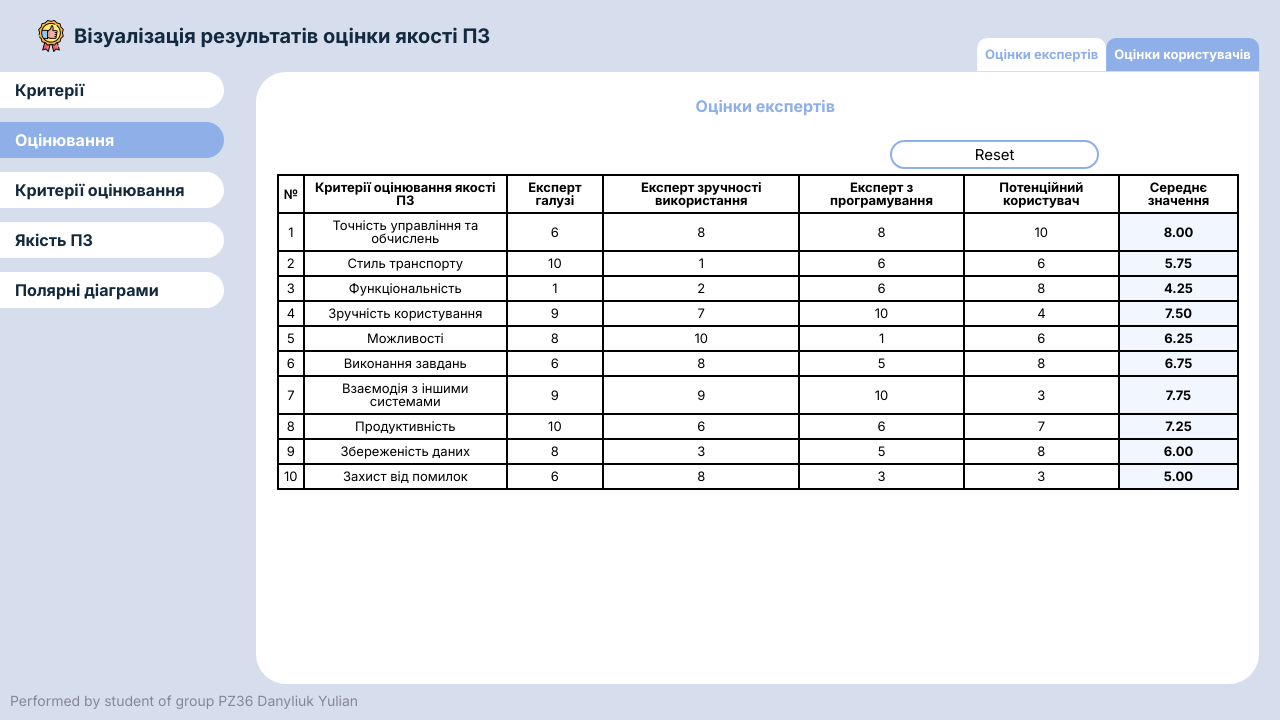
Repository: Akmitliviy/SA
Page: Lab06/lab6/Evaluation.html
These files come from the project's save history. The page is drawn as it stood at one moment and after the next save; the edit follows.
The browser window is 1280 px wide. The pictures show the whole page.

Above is the page before, as saved 2023-12-06 23:58:28.

### Lab06/lab6/Evaluation.html
<!DOCTYPE html>
<html lang="en">

<head>

    <meta charset="utf-8">
    <meta http-equiv="X-UA-Compatible" content="IE=edge">
    <meta name="viewport" content="width=device-width, initial-scale=1, shrink-to-fit=no">
    <meta name="description" content="">
    <meta name="author" content="">

    <title>Results visualization</title>
    <script src="https://cdnjs.cloudflare.com/ajax/libs/mathjs/11.3.0/math.min.js"></script>
    <link rel="shortcut icon" type="image/png" href="img/icon.png">

    <!-- Custom fonts for this template-->
    <link href="vendor/fontawesome-free/css/all.min.css" rel="stylesheet" type="text/css">
    <link
        href="https://fonts.googleapis.com/css?family=Nunito:200,200i,300,300i,400,400i,600,600i,700,700i,800,800i,900,900i"
        rel="stylesheet">

    <!-- Custom styles for this template-->
    <link rel="stylesheet" href="https://fonts.googleapis.com/css2?family=Inter:wght@400;700&display=swap">
    <link href="css/sb-admin-2.css" rel="stylesheet">
    <link href="css/ResultsVisualization.css" rel="stylesheet">
</head>

<body id="page-top">

    <!-- Topbar -->
    <nav class="navbar">
        <!-- Sidebar Toggler (Sidebar) -->
        <div class="d-flex align-items-center justify-content-left">
            <img class="pl-4" src="img/icon.png" alt="icon">
            <span class="ml-2">Візуалізація результатів оцінки якості ПЗ</span>
        </div>
        <!-- Topbar Navbar -->
        <ul class="navbar-nav ml-auto">

        </ul>
    </nav>
    <div class="tabs">
        <button class="tablink" onclick="openPage('expert-evaluation-content', this)" id="defaultOpen">Оцінки експертів</button>
        <button class="tablink" onclick="openPage('user-evaluation-content', this)" title="Оцінки потенційних користувачів">Оцінки користувачів</button>
    </div>
    <!-- Page Wrapper -->
    <div id="wrapper">

        <!-- Sidebar -->
        <ul class="navbar-nav  sidebar  accordion" id="accordionSidebar">

            <li class="nav-item">
                <a class="nav-link pb-2"  href="Criteria.html">
                    <div class="d-flex align-items-center justify-content-left">
                        <span>Критерії</span>
                    </div>
                </a>
            </li>

            <li class="nav-item">
                <a class="nav-link pt-2 pb-2">
                    <div class="d-flex align-items-center justify-content-left" style="background-color: #8EAFE8; color: white;">
                        <span>Оцінювання</span>
                    </div>
                </a>
            </li>

            <li class="nav-item">
                <a class="nav-link pt-2 pb-2" href="EvaluationCriteria.html">
                    <div class="d-flex align-items-center justify-content-left">
                        <span>Критерії оцінювання</span>
                    </div>
                </a>
            </li>

            <li class="nav-item">
                <a class="nav-link pt-2 pb-2" href="SoftwareQuality.html">
                    <div class="d-flex align-items-center justify-content-left">
                        <span>Якість ПЗ</span>
                    </div>
                </a>
            </li>

            <li class="nav-item">
                <a class="nav-link pt-2 pb-2" href="PolarDiagrams.html">
                    <div class="d-flex align-items-center justify-content-left">
                        <span>Полярні діаграми</span>
                    </div>
                </a>
            </li>

        </ul>
        <!-- End of Sidebar -->

        <!-- Content Wrapper -->
        <div id="content-wrapper" class="d-flex flex-column">
            <!-- Main Content -->
            <div id="content">
                <div id="expert-evaluation-content" class="tabcontent" style="border-top-left-radius: 30px; border-bottom-left-radius: 30px; border-bottom-right-radius: 30px;">
                    <div  style="width: 100%;">
                        <p class="mt-4 mb-4 ml-4">Оцінки експертів</p>
                        <div class="d-flex justify-content-end" style="margin-right: 10px;">
                            <button class="select-all" onclick="reset(this)" data-table="0" data-key="table2Key" data-i1="1" data-i2="11" data-j1="2" data-j2="7">Reset</button>
                        </div>
                        <div class="ml-4 table-2"></div>
                    </div>
                </div>
                <div id="user-evaluation-content" class="tabcontent" style="border-top-left-radius: 30px; border-bottom-left-radius: 30px; border-bottom-right-radius: 30px;">
                    <div  style="width: 100%;">
                        <p class="mt-4 mb-4 ml-4">Оцінки потенційних користувачів</p>
                        <div class="d-flex justify-content-end" style="margin-right: 10px;">
                            <button class="select-all" onclick="reset(this)" data-table="1" data-key="table3Key" data-i1="1" data-i2="11" data-j1="2" data-j2="23">Reset</button>
                        </div>
                        <div class="ml-4 table-3 mr-4"></div>
                    </div>
                </div>

                <!-- Page Heading -->
            </div>
            <!-- End of Main Content -->
        </div>
        <!-- End of Content Wrapper -->
    </div>
    <!-- End of Page Wrapper -->

    <!-- Footer -->
    <footer class="footer">

            <div class="copyright text-left my-auto">
                <span>Performed by student of group PZ36 Danyliuk Yulian</span>
            </div>

    </footer>
    <!-- End of Footer -->

    <!-- Bootstrap core JavaScript-->
    <script src="vendor/jquery/jquery.min.js"></script>
    <script src="vendor/bootstrap/js/bootstrap.bundle.min.js"></script>

    <!-- Core plugin JavaScript-->
    <script src="vendor/jquery-easing/jquery.easing.min.js"></script>

    <!-- Custom scripts for all pages-->
    <script src="js/sb-admin-2.js"></script>
    <script src="js/tabs.js"></script>
    <script src="js/functions.js"></script>
    <script src="js/createTable2.js"></script>
    <script src="js/createTable3.js"></script>
</body>

</html>

### Lab06/lab6/css/ResultsVisualization.css
  /*Обнулення*/
  *{
      padding: 0;
      margin: 0;
      border: 0;
    }
    *,*:before,*:after{
      -moz-box-sizing: border-box;
      -webkit-box-sizing: border-box;
      box-sizing: border-box;
    }
    :focus,:active{outline: none;}
    a:focus,a:active{outline: none;}
    nav,footer,header,aside{display: block;}
    html,body{
      height: 100%;
      width: 100%;
      font-size: 100%;
      line-height: 1;
      font-size: 14px;
      -ms-text-size-adjust: 100%;
      -moz-text-size-adjust: 100%;
      -webkit-text-size-adjust: 100%;
    }
    input,button,textarea{font-family:inherit;}
    input::-ms-clear{display: none;}
    button{cursor: pointer;}
    button::-moz-focus-inner {padding:0;border:0;}
    a, a:visited{text-decoration: none;}
    a:hover{text-decoration: none;}
    ul li{list-style: none;}
    img{vertical-align: top;}
    h1,h2,h3,h4,h5,h6{font-size:inherit;font-weight: 400;}

  body {
      background-color: #D6DEEE;
      overflow: hidden; /* Заборона прокрутки на рівні тіла сторінки */
      height: 100%;
      margin: 0;
      font-family: 'Inter', sans-serif;
  }

  .navbar{
    height: 10%;
  }

  .nav-item img {
      width: 25%;
  }

  #wrapper {
      height: 85%; /* 100% висота відносно видимого вікна */
      overflow: hidden; /* Заборона прокрутки в обгортці */
  }

  #content-wrapper {
      /*height: calc(100vh - 56px); /* 56px - висота вашого навбару */
      overflow: hidden;
      display: flex;
      flex-direction: column;
      position: relative; /* Зробимо wrapper відносної позиції */
  }

  #content {
      flex-grow: 1;
      overflow-y: auto;
      overflow: hidden;
  }

  .footer {
      height: 5%;
      background-color: transparent; /* Колір фону вашого футера */
      padding: 10px;
      text-align: center;
      margin-top: auto; /* Розміщення футера внизу контейнера */
  }

  .nav-item span {
    font-family: 'Inter', sans-serif;
    font-weight: bold;
    font-size: 40px;
    margin-left: 5px;
  }

  .nav-item div {
    color: #13293D;
    text-decoration: none;
    background-color: white;
    border-top-right-radius: 30px;
    border-bottom-right-radius: 30px;
    padding: 10px;
  }

  .nav-item img {
    width: 20%;
    margin-right: 10px;
    height: 30px;
    width: 30px;
  }

  .navbar span {
    font-family: 'Inter', sans-serif;
    font-weight: bold;
    font-size: 20px;
    margin-left: 5px;
    color:#13293D;
  }

  .tabs {
    position: absolute;
    top: 0;
    left: 98.35%;
    transform: translateX(-100%);
    z-index: 2;
    background-color: #D6DEEE;
    display: flex;
    flex-direction: row;
    padding-top: 38px;
    width: max-content; /* Змінено на max-content */
  }


.sidebar-toggled .tabs {
      left: 98% !important;
}


  .tablink {
    background-color: #8EAFE8;
    color: white;
    border: none;
    outline: none;
    cursor: pointer;
    padding: 10px 8px;
    font-size: 13px;
    font-weight: 600;
    box-sizing: border-box;
    text-align: center;
    border-top-left-radius: 10px;
    border-top-right-radius: 10px;
  }

  .tablink:hover {
    background-color: #1298AC;
  }


#defaultOpen {
  background-color: white;
  color: #8EAFE8;
}

.tabcontent {
  display: flex;
  flex-direction: row;
  align-items: stretch;
  margin-right: 5%;
  margin-left: 3%;
}

#criteria-content,
#field-diagram-content,
#usability-diagram-content,
#programming-diagram-content,
#users-diagram-content,
#aggregated-diagram-content,
#generalized-diagram-content,
#expert-evaluation-content,
#user-evaluation-content,
#expert-type-content,
#calculation-results-content{
    background-color: white;
    height: 100%;
    width: 95%;
    overflow: hidden;
  }

p{
  color: #8EAFE8;
  font-size: 16px;
  font-weight: bold;
  padding: 5px 5px 5px 0px;
  text-align: center;
}

.table-container {
  max-height: 100px; /* Set a max height for the container */
  overflow-y: auto; /* Enable vertical scrolling */
  margin-bottom: 15px;
}

table, th, td {
  border: 2px solid black;
  font-family: 'Inter', sans-serif;
  font-size: 13px;
  color: black;
  padding: 5px;
  text-align: center;
}

.select-all{
  font-family: 'Inter', sans-serif;
  font-size: 15px;
  border-radius: 20px;
  border: solid #8EAFE8 2px;
  background-color: white;
  width: 21%;
  margin-left: auto;
  margin-bottom: 5px;
  margin-right: 150px;
  padding: 5px;
}


/* Зелений колір для низького пріоритету */
.low-priority {
  background-color: #CCFFE5; /* Зелений колір */
}

/* Жовтий колір для середнього пріоритету */
.medium-priority {
  background-color: #FFFFCC; /* Жовтий колір */
}

/* Червоний колір для високого пріоритету */
.high-priority {
  background-color: #FFCCCC; /* Червоний колір */
}

input {
  background-color: transparent;
}

.invalid-input {
  background-color: #ffe6e6; /* Фон червоного кольору */
  color: red; /* Колір тексту червоний */
}

.table-2,
.table-3 {
  width: 100%; /* або будь-яке інше значення, яке вам потрібно */
  height: 433px; /* або будь-яке інше значення, яке вам потрібно */
  overflow: auto; /* додати горизонтальний та вертикальний scrollbars, коли вони необхідні */
  padding-right: 20px;
}

.table-1 tr td:last-child,
.table-2 tr td:last-child,
.table-3 tr td:last-child,
.table-4 tr td:last-child {
  background-color: #F2F6FF;
  font-weight: bold;
}

.centered-items {
  display: flex;
  align-items: center;     /* Center items vertically */
  flex-direction: column;  /* Stack children vertically */
}

.canvaDiagram {
  margin-top: 80px;
}

### Lab06/lab6/js/sb-admin-2.js
(function($) {
  "use strict"; // Start of use strict

  // Toggle the side navigation
  $("#sidebarToggle, #sidebarToggleTop").on('click', function(e) {
    $("body").toggleClass("sidebar-toggled");
    $(".sidebar").toggleClass("toggled");
    if ($(".sidebar").hasClass("toggled")) {
      $('.sidebar .collapse').collapse('hide');
    };
  });

  // Close any open menu accordions when window is resized below 768px
  $(window).resize(function() {
    if ($(window).width() < 768) {
      $('.sidebar .collapse').collapse('hide');
    };

    // Toggle the side navigation when window is resized below 480px
    if ($(window).width() < 480 && !$(".sidebar").hasClass("toggled")) {
      $("body").addClass("sidebar-toggled");
      $(".sidebar").addClass("toggled");
      $('.sidebar .collapse').collapse('hide');
    };
  });

  // Prevent the content wrapper from scrolling when the fixed side navigation hovered over
  $('body.fixed-nav .sidebar').on('mousewheel DOMMouseScroll wheel', function(e) {
    if ($(window).width() > 768) {
      var e0 = e.originalEvent,
        delta = e0.wheelDelta || -e0.detail;
      this.scrollTop += (delta < 0 ? 1 : -1) * 30;
      e.preventDefault();
    }
  });

  // Scroll to top button appear
  $(document).on('scroll', function() {
    var scrollDistance = $(this).scrollTop();
    if (scrollDistance > 100) {
      $('.scroll-to-top').fadeIn();
    } else {
      $('.scroll-to-top').fadeOut();
    }
  });

  // Smooth scrolling using jQuery easing
  $(document).on('click', 'a.scroll-to-top', function(e) {
    var $anchor = $(this);
    $('html, body').stop().animate({
      scrollTop: ($($anchor.attr('href')).offset().top)
    }, 1000, 'easeInOutExpo');
    e.preventDefault();
  });

})(jQuery); // End of use strict

### Lab06/lab6/js/tabs.js
function openPage(pageName, elmnt) {
  var i, tabcontent, tablinks;
  tabcontent = document.getElementsByClassName("tabcontent");
  for (i = 0; i < tabcontent.length; i++) {
    tabcontent[i].style.display = "none";
  }
  tablinks = document.getElementsByClassName("tablink");
  for (i = 0; i < tablinks.length; i++) {
    tablinks[i].style.backgroundColor = "#8EAFE8";
    tablinks[i].style.color = "white";
  }
  var selectedPage = document.getElementById(pageName);
  selectedPage.style.display = "flex";
  elmnt.style.backgroundColor = "white";
  elmnt.style.color = "#8EAFE8";
}

// Get the element with id="defaultOpen" and click on it
document.getElementById("defaultOpen").click();

### Lab06/lab6/js/createTable2.js
function generateTable2() {
    const div = document.querySelector(".table-2");
    const table = document.createElement("table");
    let thead = document.createElement("thead");
    table.style.border = "1";

    // Create header
    const headerRow = document.createElement("tr");
    const criteriaHeader = document.createElement("th");
    const th1 = document.createElement("th");
    th1.textContent = "№";
    criteriaHeader.textContent = "Критерії оцінювання якості ПЗ";
    headerRow.appendChild(th1);
    headerRow.appendChild(criteriaHeader);
    const headers = ["Експерт галузі", "Експерт зручності використання", "Експерт з програмування", "Потенційний користувач", "Середнє значення"];
    headers.forEach(header => {
        const th = document.createElement("th");
        th.textContent = header;
        headerRow.appendChild(th);
    });
    thead.appendChild(headerRow);
    table.appendChild(thead);


    let tbody = document.createElement("tbody");

    generateTableRows(10, 7, tbody);
    table.appendChild(tbody);
    table.classList.add("mr-4");
    table.setAttribute("data-key", "table2Key");
    div.appendChild(table);

    fillTableWithStaticData(table);
    fillTableWithRandomNumbers(table,table.getAttribute("data-key"), 1, 11, 2, 6);
    fillPotencialUsers();
}

window.addEventListener("load", function() {
    generateTable2();
    let table = document.querySelectorAll("table")[0];
    addInputListeners(table, 1, 11, 2, 7);
    calculateAverage(table, 1, 11, 2, 7);
    saveDataToLocalStorage(table,table.getAttribute("data-key"),1, 11, 2, 7);
});

function fillPotencialUsers() {
    let table = document.querySelectorAll('table')[0];
    let localStorageArray = JSON.parse(localStorage.getItem('table3Key'));
    if (!localStorageArray) return;
    for(let i = 1; i <= 10; i++) {
        table.rows[i].cells[5].textContent = parseFloat(localStorageArray[i-1]['cell22']);
    }

}

### Lab06/lab6/js/createTable3.js
function generateTable3() {
    const div = document.querySelector(".table-3");
    const table = document.createElement("table");
    let thead = document.createElement("thead");
    table.style.border = "1";

    // Create header
    const headerRow = document.createElement("tr");
    const criteriaHeader = document.createElement("th");
    const th1 = document.createElement("th");
    th1.textContent = "№";
    criteriaHeader.textContent = "Критерії оцінювання якості ПЗ";
    headerRow.appendChild(th1);
    headerRow.appendChild(criteriaHeader);
    let headers = [];
    for (let i = 1; i <= 20; i++) {
        headers.push("User" + i);
    }
    headers.push("Середнє значення");
    headers.forEach(header => {
        const th = document.createElement("th");
        th.textContent = header;
        headerRow.appendChild(th);
    });
    thead.appendChild(headerRow);
    table.appendChild(thead);


    let tbody = document.createElement("tbody");

    generateTableRows(10, 23, tbody);
    table.appendChild(tbody);
    table.classList.add("mr-4");
    table.setAttribute("data-key", "table3Key");
    div.appendChild(table);

    fillTableWithStaticData(table);
    fillTableWithRandomNumbers(table,table.getAttribute("data-key"), 1, 11, 2, 23);
}

window.addEventListener("load", function() {
    generateTable3();
    let table = document.querySelectorAll("table")[1];
    addInputListeners(table, 1, 11, 2, 23);
    calculateAverage(table, 1, 11, 2, 23);
    saveDataToLocalStorage(table,table.getAttribute("data-key"),1, 11, 2, 23);
});

Loaded but not shown: Lab06/lab6/vendor/fontawesome-free/css/all.min.css (library); Lab06/lab6/css/sb-admin-2.css (library); Lab06/lab6/vendor/jquery/jquery.min.js (library); Lab06/lab6/vendor/bootstrap/js/bootstrap.bundle.min.js (library); Lab06/lab6/vendor/jquery-easing/jquery.easing.min.js (common file); Lab06/lab6/js/functions.js (274 lines, source omitted)

After the next save:
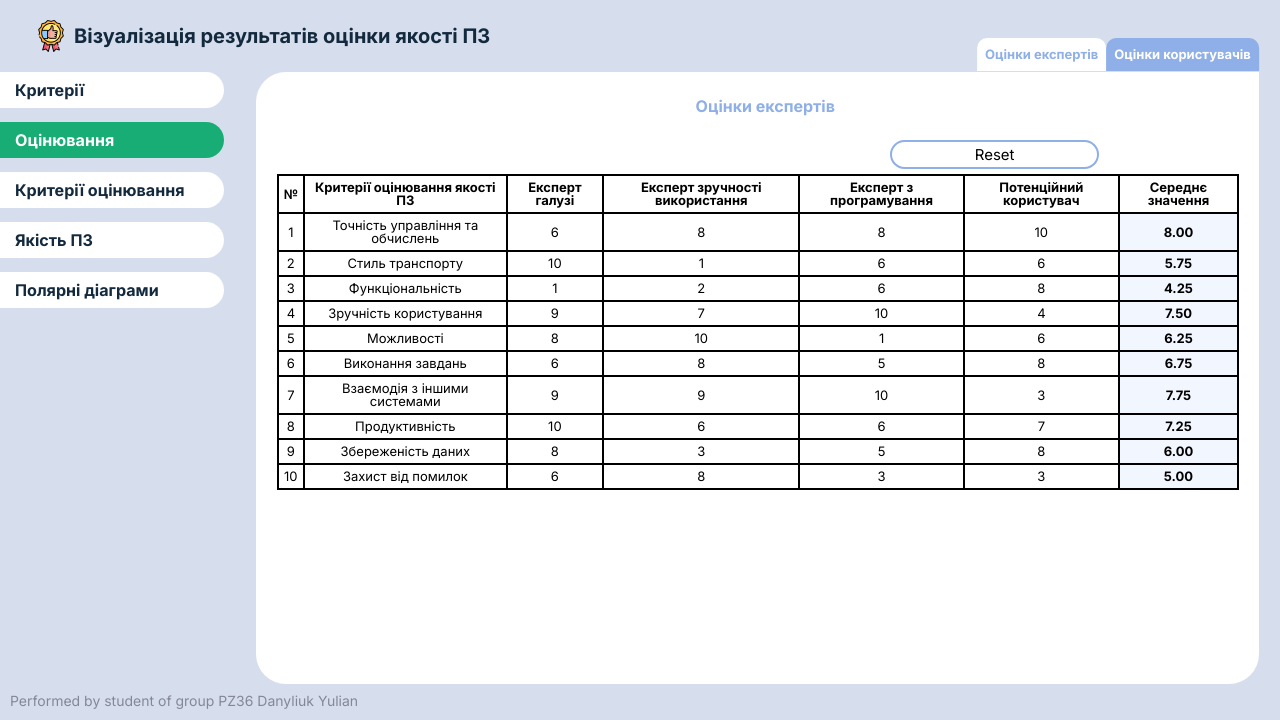
Saved 5 s later.
--- a/Lab06/lab6/Evaluation.html
+++ b/Lab06/lab6/Evaluation.html
@@ -59,7 +59,7 @@
 
             <li class="nav-item">
                 <a class="nav-link pt-2 pb-2">
-                    <div class="d-flex align-items-center justify-content-left" style="background-color: #8EAFE8; color: white;">
+                    <div class="d-flex align-items-center justify-content-left" style="background-color: rgb(24, 173, 116); color: white;">
                         <span>Оцінювання</span>
                     </div>
                 </a>
